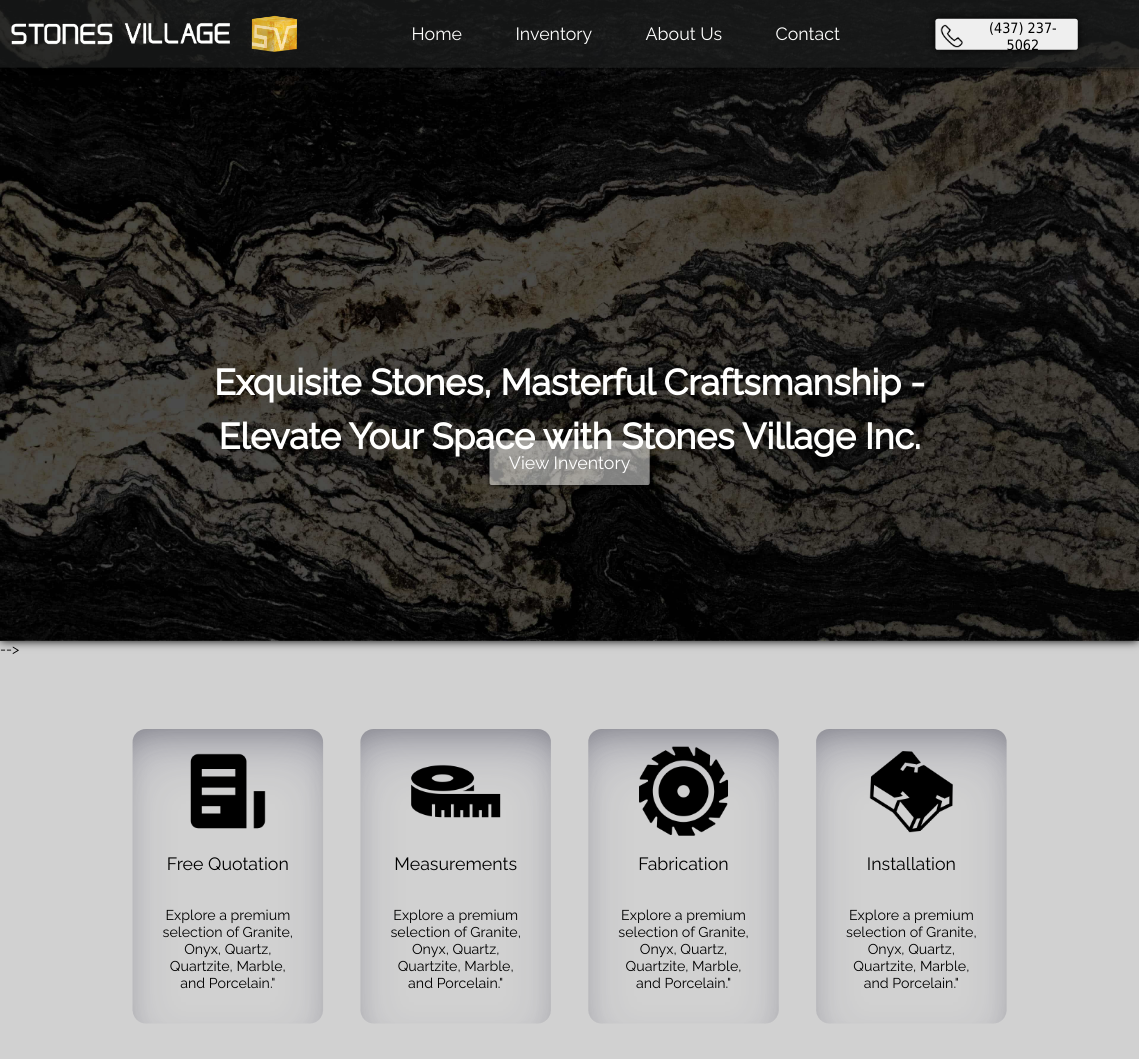
Repository: shayanabedi98/Stones-Village
Page: index.html
An editor plug-in stored every save of this project. The page is shown before and after the next save, followed by the edit.
The browser window is 1280 px wide. The pictures show the whole page, at 89% of full size.
Backgrounds fixed to the window are drawn as part of the page.

Above is the page before, as saved 2023-10-22 17:17:45.

After the next save:
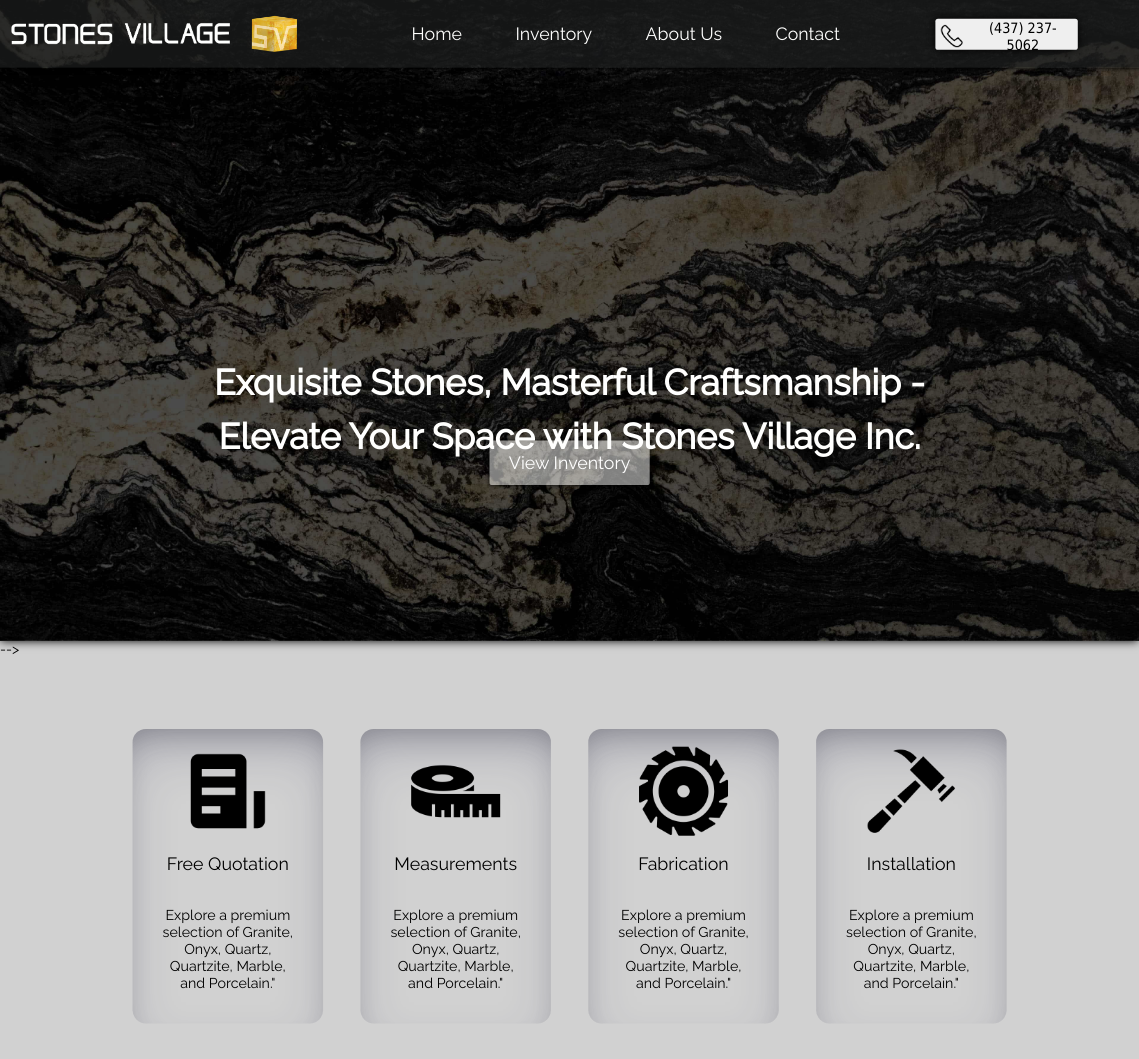
Saved 97 s later.
--- a/index.html
+++ b/index.html
@@ -81,7 +81,7 @@ Our trained professionals carry out careful and precise installations. We also p
                 </div>
             </div>
             <div class="card">
-                <img src="./resources/stone-tablet-svgrepo-com.png" alt="Icon of Stone Slab">
+                <img src="./resources/hammer-work-construction-svgrepo-com.png" alt="Icon of Stone Slab">
                 <div class="card-text">
                     <p class="card-name">Installation</p>
                     <p class="card-description">Explore a premium selection of Granite, Onyx, Quartz, Quartzite, Marble, and Porcelain."</p>
